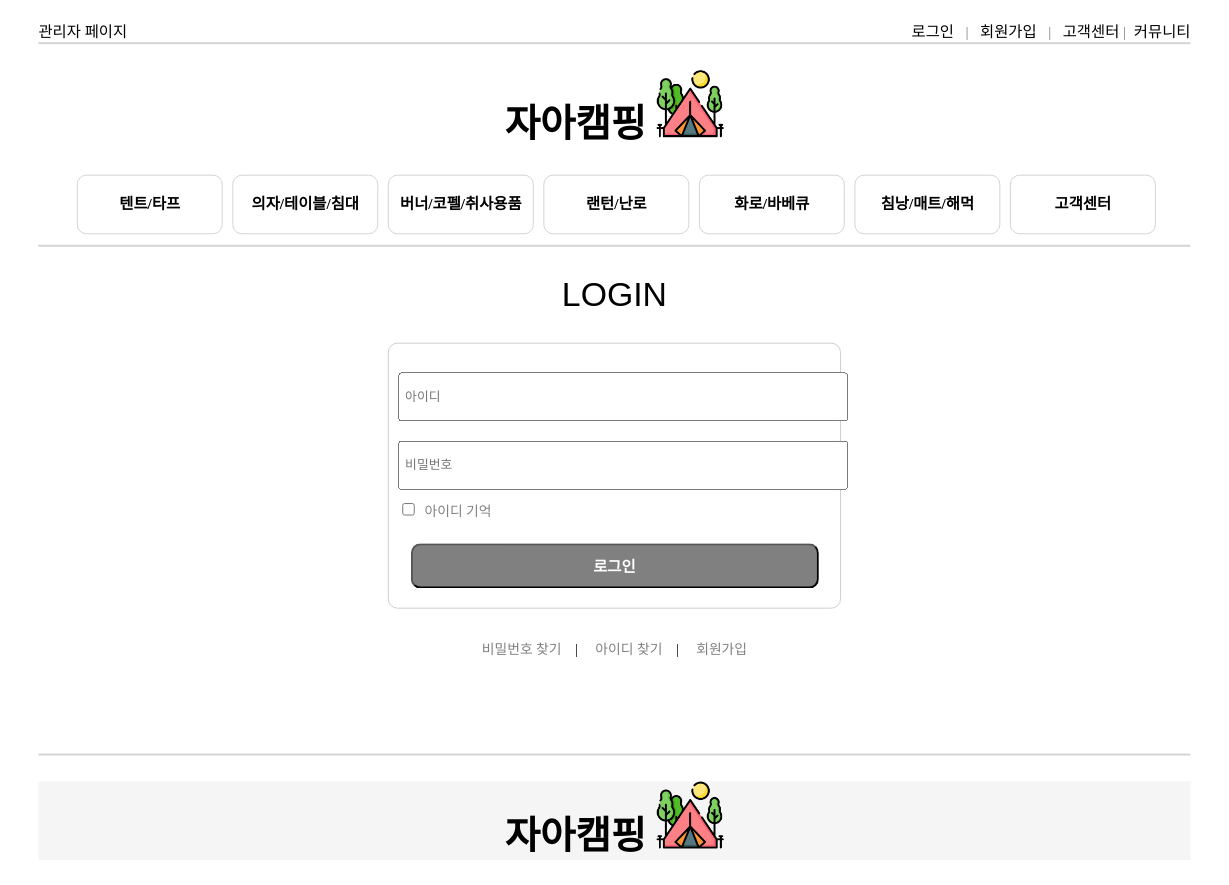
Repository: JJang-Ah/JSP-shoping-mall-project
Page: http://localhost/JaAhCamping/logon/memberLoginForm.jsp
These files come from the project's save history. The page is drawn as it stood at one moment and after the next save; the edit follows.
The browser window is 1280 px wide. The pictures show the whole page, at 96% of full size.
Some web fonts or font styles are not loaded; a fallback is used. The page is served by Tomcat 9.

Above is the page before, as saved 2022-06-12 13:43:21.

After the next save:
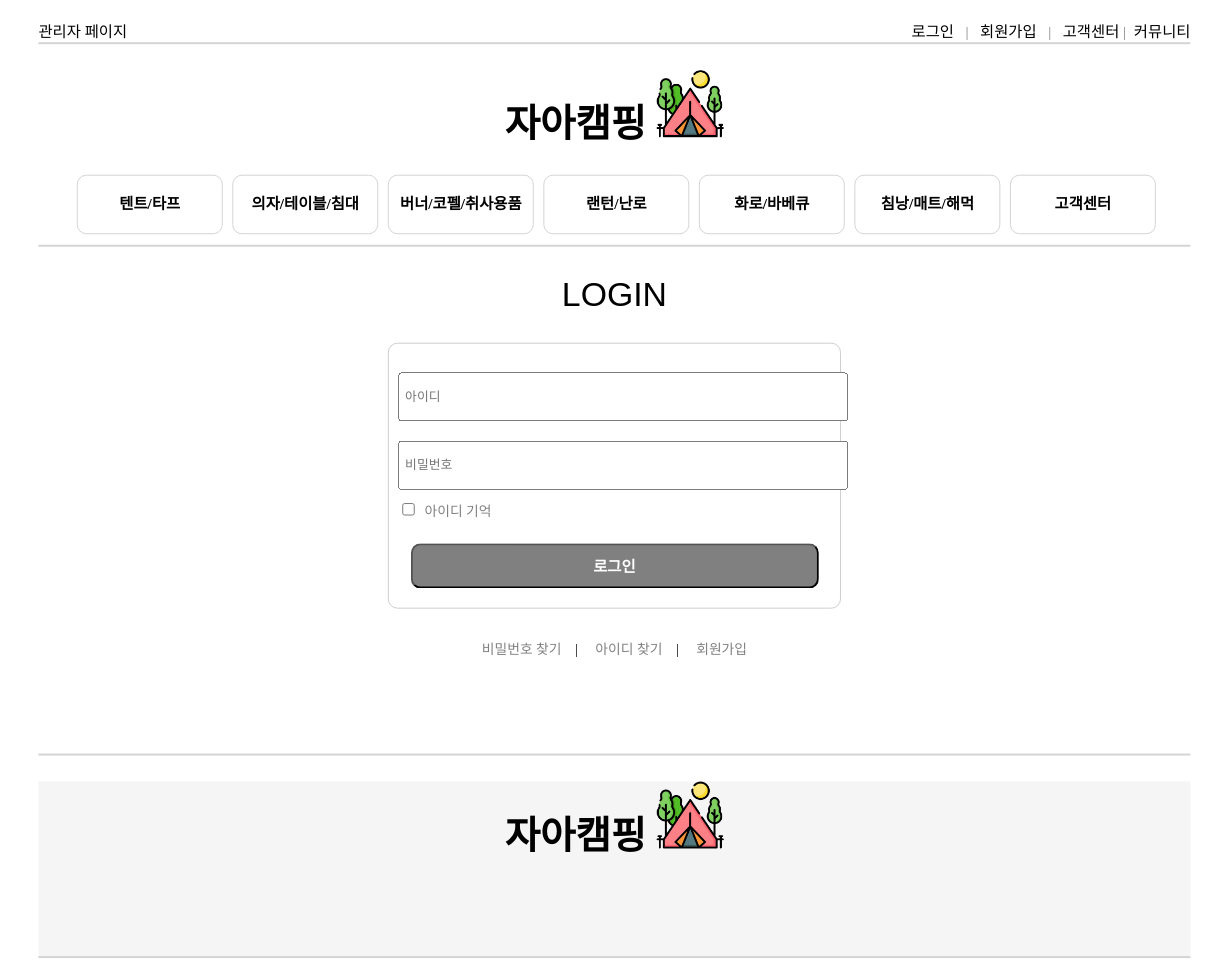
Saved 54 s later.
--- a/JaAhCamping/WebContent/mall/shopBottom.jsp
+++ b/JaAhCamping/WebContent/mall/shopBottom.jsp
@@ -12,6 +12,8 @@
 <body>
 <div id="container_bottom">
 	<h1 class="title"><a href="http://localhost:8088/JaAhCamping/mall/shopAll.jsp">자아캠핑&nbsp;<img alt="camping" src="/JaAhCamping/icons/camping.png" id="camping"></a></h1>
+	<hr class="t_line">
+
 
 <div>
 
